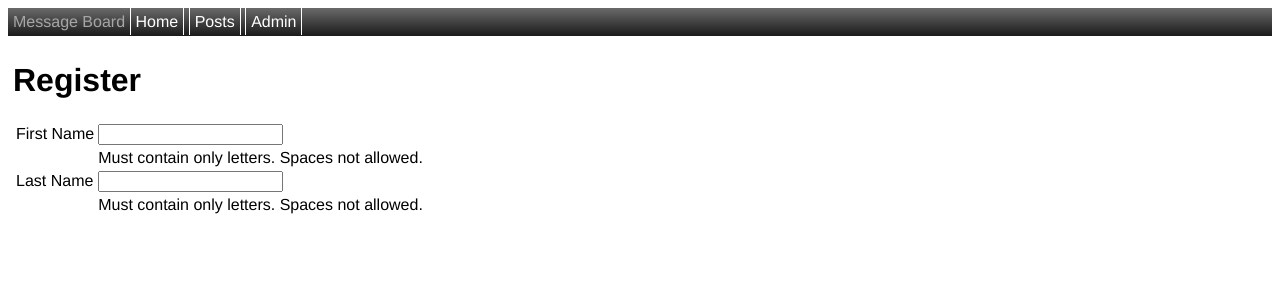
Repository: JesseFo/Whitespace
Page: whitespace/WebContent/WEB-INF/register.html
An editor plug-in stored every save of this project. The page is shown before and after the next save, followed by the edit.
The browser window is 1280 px wide. The pictures show the whole page.

Above is the page before, as saved 2015-10-15 07:56:05.

After the next save:
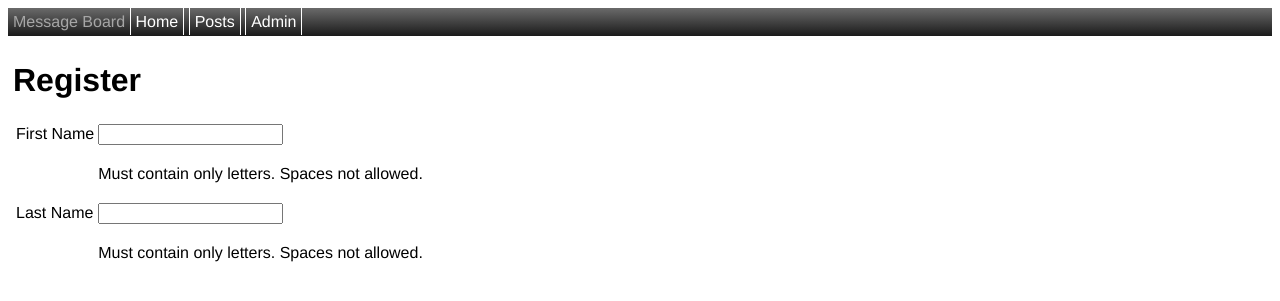
Saved 45 s later.
--- a/whitespace/WebContent/WEB-INF/register.html
+++ b/whitespace/WebContent/WEB-INF/register.html
@@ -26,7 +26,7 @@
 						</tr>
 						<tr>
 							<td>&nbsp;</td>
-							<td>Must contain only letters. Spaces not allowed.</td>
+							<td><p>Must contain only letters. Spaces not allowed.</p></td>
 						</tr>
 						<tr>
 							<td>Last Name</td>
@@ -34,7 +34,7 @@
 						</tr>
 						<tr>
 							<td>&nbsp;</td>
-							<td>Must contain only letters. Spaces not allowed.</td>
+							<td><p>Must contain only letters. Spaces not allowed.</p></td>
 						</tr>
 					</table>
 				</form>
